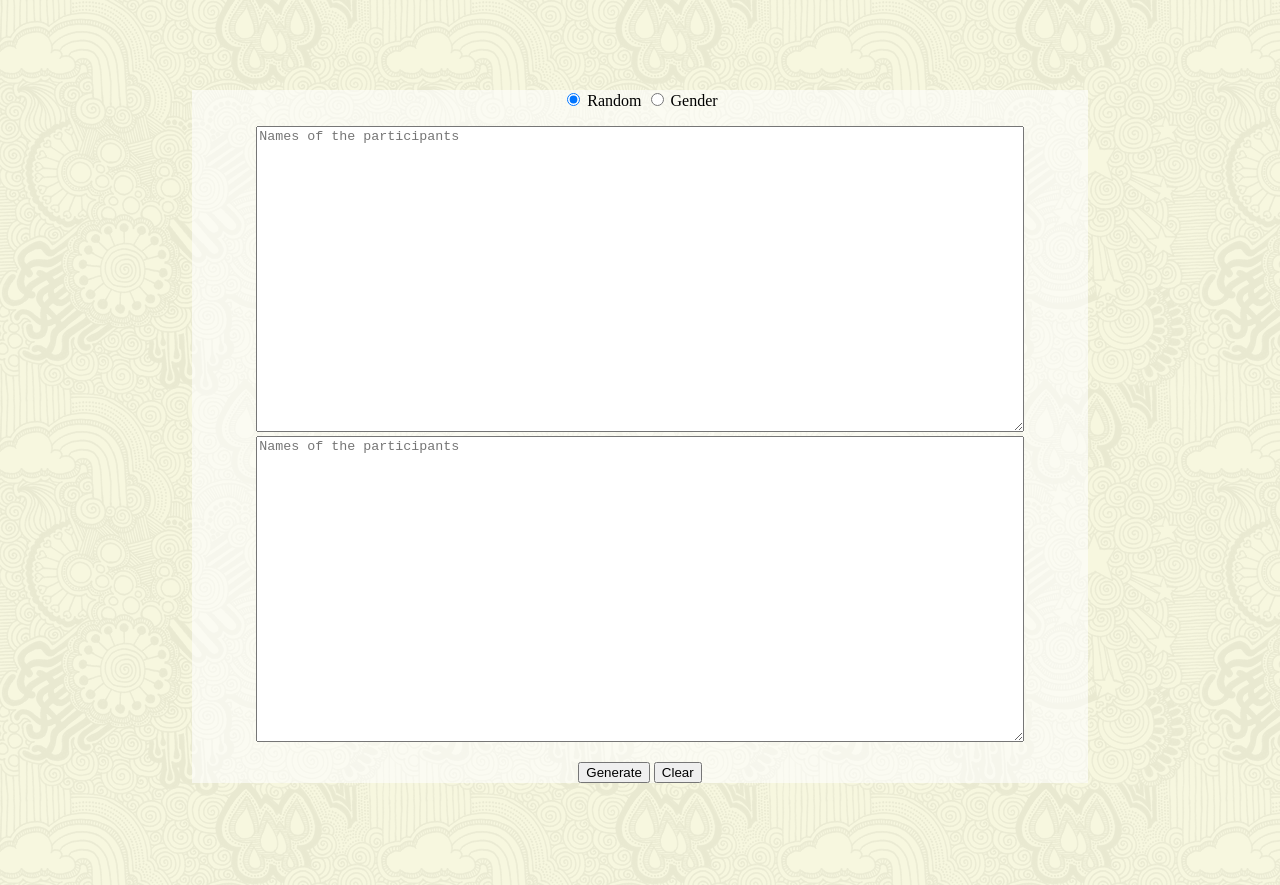
Repository: Maxenboy/Computer-Engineering-BA-A-Web-Programming-with-HTML5-CSS3-and-JavaScript-DT146G
Page: Mittuniversitet/TeamGenerator/index.html
The author's editor kept a copy of each file at every save. The page is drawn from the files as they stood at one save, then again after the next save.
The browser window is 1280 px wide. The pictures show the whole page.
Backgrounds fixed to the window are drawn as part of the page.

Above is the page before, as saved 2014-09-22 17:37:42.
Console error: ReferenceError: init is not defined

### Mittuniversitet/TeamGenerator/index.html
<!DOCTYPE html>

<!--  Max Åberg
mabe1411
aaberg.max@gmail.com   -->

<html>
	<head>
		<meta charset="utf-8" />
		<title>TeamGenerator</title>
		<link type="text/css" rel="stylesheet" href="css/main.css">
		<link rel="shortcut icon" type="image/png" href="img/favicon.ico">
		<script src="javascript/main.js"></script>
	</head>
	<body onload="init()">
		<section>
			<form >
				<p>
					<input type="radio" value="random" name="foo" id="random" checked>
					Random
					<input type="radio" value="random" name="foo" id="gender">
					Gender
				</p>
				<div id="hidden">
					<div id="left">
					<textarea cols="5" rows="20" wrap="physical" id="men" placeholder="Names of the participants" ></textarea>
					</div>
					<div id="right">
					<textarea cols="5" rows="20" wrap="physical" id="women" placeholder="Names of the participants" ></textarea>
					</div>
				</div>
				<p>
					<input type="submit" value="Generate" />
					<input type="reset" value="Clear" />
				</p>

			</form>
		</section>
	</body>
</html>

### Mittuniversitet/TeamGenerator/css/main.css
/*  Max Åberg
 mabe1411
 aaberg.max@gmail.com   */

html {
	background: url(../img/skulls.png) fixed;
	text-align: center;
}
body {
	background-color: rgba(255,255,255,.6);
	margin: 7% 15% 8% 15%;
}
#wrapper {
	width: 100%;
	overflow: hidden;
	table-layout: fixed;
}
#wrapper div {
	display: table-cell;
	width: 472px;
	vertical-align: middle
}
textarea {
	width: 85%;
}

.hidden {
	display:none;
}

Loaded but not shown: Mittuniversitet/TeamGenerator/javascript/main.js (no copy from this time; the picture is the same without it)

After the next save:
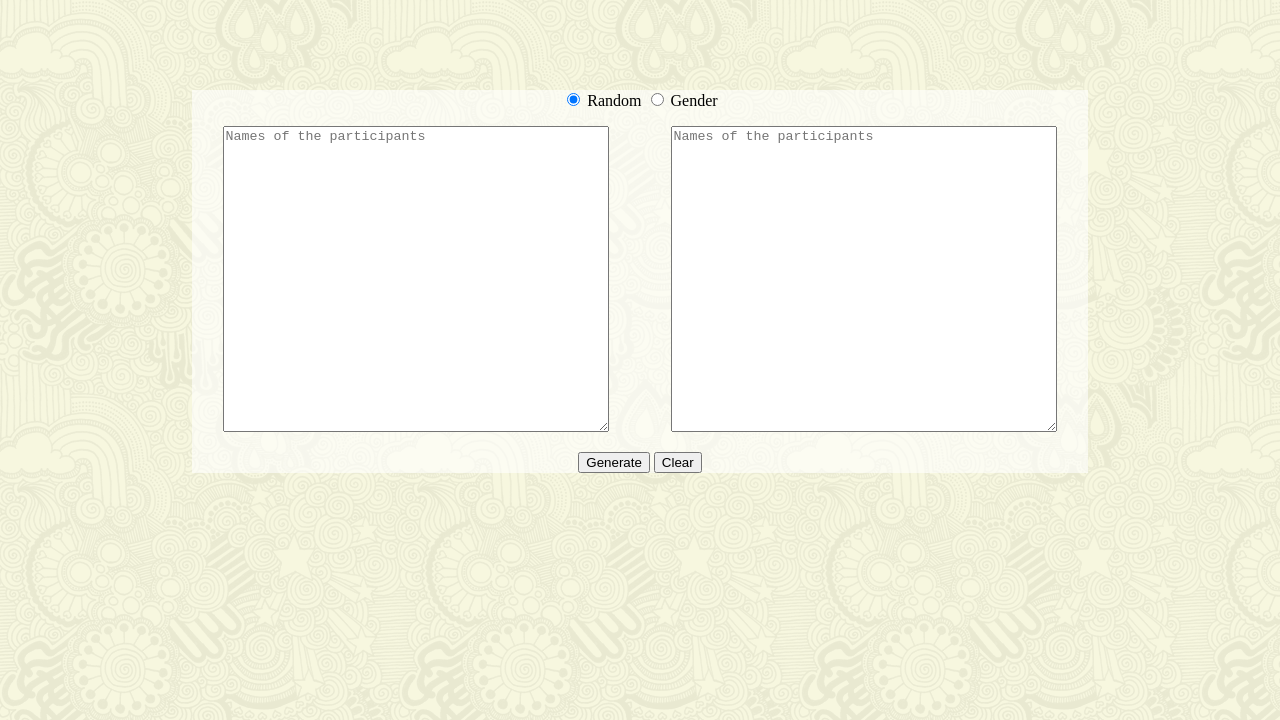
Saved 11 s later.
--- a/Mittuniversitet/TeamGenerator/index.html
+++ b/Mittuniversitet/TeamGenerator/index.html
@@ -21,11 +21,11 @@
 					<input type="radio" value="random" name="foo" id="gender">
 					Gender
 				</p>
-				<div id="hidden">
-					<div id="left">
+				<div id="wrapper">
+					<div >
 					<textarea cols="5" rows="20" wrap="physical" id="men" placeholder="Names of the participants" ></textarea>
 					</div>
-					<div id="right">
+					<div class="hidden">
 					<textarea cols="5" rows="20" wrap="physical" id="women" placeholder="Names of the participants" ></textarea>
 					</div>
 				</div>
